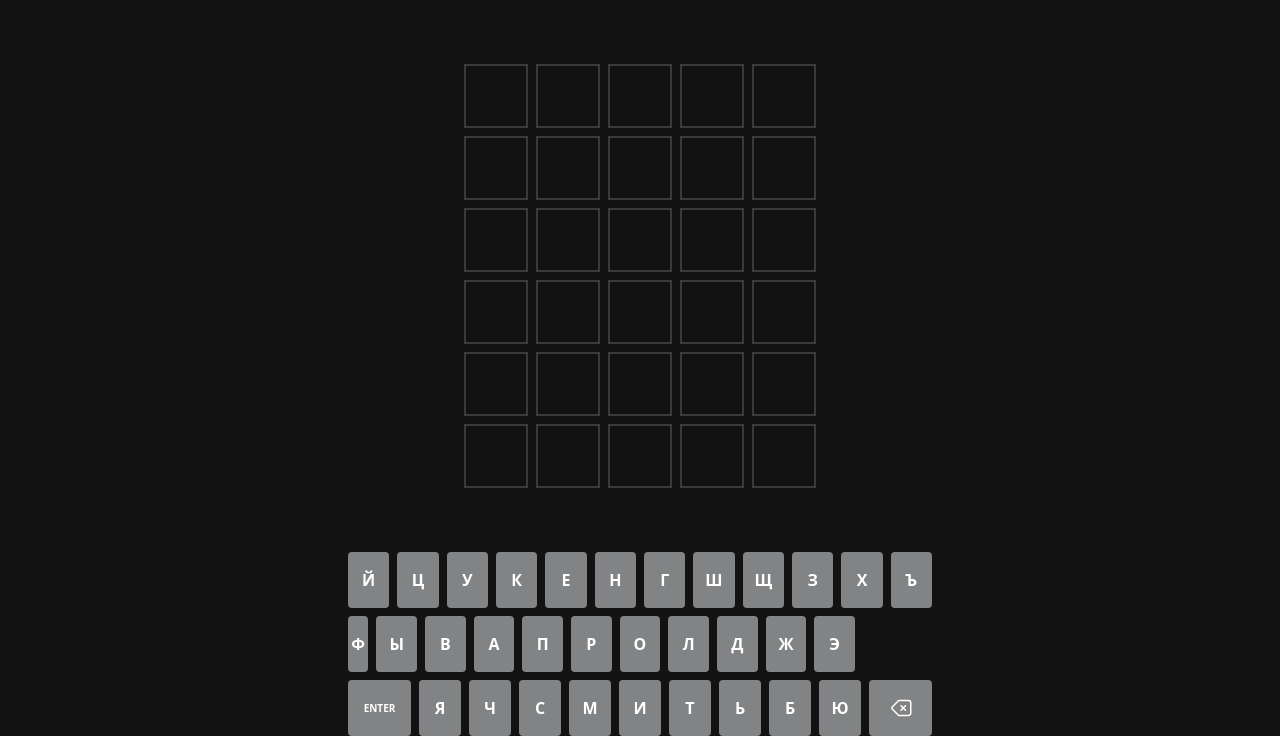
Repository: maxempolk/wordle-app
Page: / (app in frontend/)
These files come from the project's save history. The page is drawn as it stood at one moment and after the next save; the edit follows.
The browser window is 1280 px wide. The pictures show the whole page.
The page's requests for data from a server got no answer. The project was rebuilt for these pictures with package versions that can differ from the ones it lists, and the page was loaded fresh each time. No one was signed in, and anything a server would have sent is missing. Also part of the build but not shown: frontend/vite.config.ts, frontend/src/components/ResultModal.vue.

Above is the page before, as saved 2025-02-24 00:55:23.

### frontend/src/main.ts
import './assets/main.css'
import { createApp } from 'vue'
import { createPinia } from 'pinia'
import App from './App.vue'
import { useRealWordStore } from './stores/realWord'

const app = createApp(App)

app.use(createPinia())

useRealWordStore().fetchWord()

app.mount('#app')

### frontend/src/assets/main.css
@import 'tailwindcss';

body {
  background-color: #121213;
}

### frontend/src/App.vue
<!-- <script setup lang="ts">
import { computed, onMounted, ref, useTemplateRef } from 'vue'
import theLetter from './components/TheLetter.vue'
import theKeyboard from '@/components/TheKeyboard.vue'
import theMessage from './components/TheMessage.vue'
import ResultModal from './components/ResultModal.vue'
import { useRealWordStore } from './stores/realWord'
import { useUsedLettersStore } from './stores/usedLetters'
import { useUserWordStore } from './stores/usrWord'

const realWordStore = useRealWordStore()
const usrWordStore = useUserWordStore()

const words = ref<string[]>([])
const usedLettersStore = useUsedLettersStore()

type letterType = InstanceType<typeof theLetter>
type messageType = InstanceType<typeof theMessage>
const letters = useTemplateRef<letterType[]>('letter')
const messageComp = useTemplateRef<messageType>('messageComp')

const messageValue = ref('')
const isWin = ref(false)


const slotsForCurrentWord = computed(() => {
  return Array.from({ length: 5 }, (_, i) => words.value.length * 5 + i)
})

const getLetter = (index: number) => letters.value?.[index]

const shakeCurrentWord = () => {
  slotsForCurrentWord.value.forEach((slot) => {
    const el = getLetter(slot)
    if (el) el.shakeIt()
  })
}

const enterWord = async () => {
  const currentWord = usrWordStore.word

  if (currentWord.length != 5) {
    showError('Not enough letter')
    shakeCurrentWord()
    return
  }

  const isReal = await isRealWord(currentWord)

  if (!isReal) {
    showError('Not in word list')
    shakeCurrentWord()
    return
  }

  const wordState = wordleAlgh(usrWordStore.word, realWordStore.word || '')
  const currentSlots = slotsForCurrentWord.value
  isWin.value = wordState.every((item) => item === 'placed')

  const animateLetter = (index: number) => {
    const letter = getLetter(currentSlots[index])
    if (letter) {
      letter.completeAnimation(wordState[index])
    }
  }

  currentSlots.forEach((_, index) => {
    setTimeout(() => requestAnimationFrame(() => animateLetter(index)), 300 * index)
  })

  Promise.all([
    wordState.forEach((state, index) => usedLettersStore.addToBuffer(currentWord[index], state)),
    completeWord(),
  ]).then(() => {
    setTimeout(() => usedLettersStore.save(), 300 * 5)
  })
}

const popLetter = () => {
  if (usrWordStore.word.length == 0) {
    showError('Not a single letter')
    shakeCurrentWord()
  } else usrWordStore.popLetter()
}

const rawData = computed(() => {
  return words.value.reduce((word1, word2) => word1 + word2, '') + usrWordStore.word
})

const handleKeydown = (e: KeyboardEvent) => {
  switch (e.key) {
    case 'Enter':
      enterWord()
      break
    case 'Backspace':
      popLetter()
      break
    default:
      usrWordStore.addLetter(e.key)
  }
}

onMounted(() => {
  addEventListener('keydown', handleKeydown)
})
</script> -->

<script setup lang="ts">
import theMessage from './components/TheMessage.vue'
import ResultModal from './components/ResultModal.vue'
import theLetter from './components/TheLetter.vue'
import theKeyboard from './components/TheKeyboard.vue'
import { useUserWordStore } from './stores/usrWord'
import { useGameLogic } from './composables/useGameLogic'
import { onMounted, ref, computed, useTemplateRef } from 'vue'

const usrWordStore = useUserWordStore()
const words = ref([])
const messageValue = ref('')
const messageComp = ref(null)

type letterType = InstanceType<typeof theLetter>
const letters = useTemplateRef<letterType[]>('letter')

const { enterWord, popLetter, stateOfGame } = useGameLogic(words, messageValue, messageComp, letters)

const rawData = computed(() => {
  return words.value.reduce((word1, word2) => word1 + word2, '') + usrWordStore.word
})

const handleKeydown = (e: KeyboardEvent) => {
  switch (e.key) {
    case 'Enter':
      enterWord()
      break
    case 'Backspace':
      popLetter()
      break
    default:
      usrWordStore.addLetter(e.key)
  }
}

onMounted(() => {
  addEventListener('keydown', handleKeydown)
})
</script>

<template>
  <ResultModal :result="words" v-if="stateOfGame !== 'in-game'" />
  <theMessage :model-value="messageValue" ref="messageComp" />
  <div
    class="flex w-screen h-screen justify-between items-center flex-col pt-[15%] pb-[5%] sm:py-[5%]"
  >
    <div class="grid gap-2 grid-cols-5 w-fit">
      <theLetter v-for="i in 30" :key="i" :model-value="rawData[i - 1]" ref="letter" />
    </div>
    <theKeyboard @enterWord="enterWord" @backspace="popLetter" class="sm:mt-16" />
  </div>
</template>

### frontend/src/stores/realWord.ts
import { defineStore } from 'pinia';
import { getWord } from '@/api/getWord';

interface RealWordState {
  word: string | null;
}

export const useRealWordStore = defineStore('realWord', {
  state: (): RealWordState => ({
    word: null,
  }),
  actions: {
    async fetchWord(): Promise<void> {
      this.word = await getWord();
    },
  },
});

export type RealWordStore = ReturnType<typeof useRealWordStore>;

### frontend/src/components/TheMessage.vue
<script setup lang="ts">
import { ref } from 'vue'

defineProps<{
  modelValue: string
}>()

const isAnimated = ref(false)
const isVanishing = ref(false)
const isHidden = ref(true)

const vanishIt = () => {
  isVanishing.value = true

  setTimeout(() => {
    isHidden.value = true
    isVanishing.value = false
  }, 990)
}

const animateIt = () => {
  if (isAnimated.value) return

  isHidden.value = false
  isAnimated.value = true

  setTimeout(() => {
    isAnimated.value = false
    vanishIt()
  }, 1500)
}

defineExpose({ animateIt, isHidden })
</script>

<template>
  <div class="fixed flex w-screen justify-center top-5 z-[999]">
    <div
      class="bg-white rounded-md text-black text-md py-2 px-4 select-none"
      :class="{ drive: isAnimated, vanish: isVanishing, hidden: isHidden }"
    >
      {{ modelValue }}
    </div>
  </div>
</template>

<style scoped>
@keyframes driveAnimation {
  0% {
    transform: translateY(-100px);
  }
  100% {
    transform: translateY(0);
  }
}

@keyframes vanishAnimation {
  0% {
    opacity: 1;
  }
  100% {
    opacity: 0;
  }
}

.vanish {
  animation: 1s vanishAnimation linear;
}

.drive {
  animation: 0.5s driveAnimation ease-out;
}
</style>

### frontend/src/components/TheLetter.vue
<script setup lang="ts">
import { computed, ref, watch } from 'vue'
import { type State } from '@/types/state'
import { stateToColor } from '@/utils/stateToColor'

const props = defineProps<{
  modelValue?: string
}>()

const isRotated = ref(false)
const isScaled = ref(false)
const isShaked = ref(false)
const colors = ref<string[]>([])

const scaleAnimation = () => {
  isScaled.value = true

  setTimeout(() => {
    isScaled.value = false
  }, 150)
}

const shakeIt = () => {
  if (isShaked.value) return
  isShaked.value = true

  setTimeout(() => {
    isShaked.value = false
  }, 1000)
}

const completeAnimation = (state: State) => {
  isRotated.value = true

  setTimeout(() => {
    colors.value = stateToColor(state)
  }, 150)
}

const borderDefaultColor = computed(() => {
  if (isRotated.value) return ''
  if (props.modelValue == undefined) if (props.modelValue === undefined) return 'border-[#3A3A3C]'
  return 'border-[#565758]'
})

watch(
  () => props.modelValue,
  () => {
    scaleAnimation()
  },
)

defineExpose({ completeAnimation, shakeIt })
</script>

<template>
  <div
    class="w-14 h-14 md:w-16 md:h-16 border-2 text-white flex justify-center items-center text-3xl uppercase duration-150"
    :class="[
      ...colors,
      borderDefaultColor,
      { rotateAnimation: isRotated },
      { 'scale-110': isScaled },
      { shakeAnimation: isShaked },
    ]"
    ref="block"
  >
    {{ modelValue }}
  </div>
</template>

<style scoped>
@keyframes rotateAnimationKeyFrames {
  0% {
    transform: scaleY(1);
  }
  50% {
    transform: scaleY(0);
  }
  100% {
    transform: scaleY(1);
  }
}

@keyframes shake {
  0%,
  100% {
    transform: translateX(0);
  }
  10% {
    transform: translateX(-20px);
  }
  20% {
    transform: translateX(15px);
  }
  30% {
    transform: translateX(-10px);
  }
  40% {
    transform: translateX(5px);
  }
  50% {
    transform: translateX(-2px);
  }
  60% {
    transform: translateX(1px);
  }
  70% {
    transform: translateX(0);
  }
}

.rotateAnimation {
  animation: rotateAnimationKeyFrames 0.3s linear;
}

.shakeAnimation {
  animation: shake 0.6s linear;
}
</style>

### frontend/src/components/TheKeyboard.vue
<script setup lang="ts">
import TheKeyboardLetter from './TheKeyboardLetter.vue'
import TheBackspaceKey from './TheBackspaceKey.vue'
import { useUserWordStore } from '@/stores/usrWord'

const alph1 = 'ЙЦУКЕНГШЩЗХЪ'
const alph2 = 'ФЫВАПРОЛДЖЭ'
const alph3 = 'ЯЧСМИТЬБЮ'

const emit = defineEmits(['enterWord', 'backspace'])

const userWordStore = useUserWordStore()

const keyPress = (char: string) => {
  userWordStore.addLetter(char)
}
</script>

<template>
  <div class="grid gap-1 sm:gap-2 w-full sm:w-150 px-2">
    <div class="row top-row gap-1 sm:gap-2">
      <TheKeyboardLetter
        :model-value="char"
        v-for="char in alph1"
        :key="'letter-' + char"
        @click="keyPress(char)"
      />
    </div>

    <div class="row middle-row gap-1 sm:gap-2">
      <TheKeyboardLetter
        :model-value="char"
        v-for="char in alph2"
        :key="'letter-' + char"
        @click="keyPress(char)"
      />
    </div>

    <div class="row bottom-row gap-1 sm:gap-2">
      <TheKeyboardLetter :model-value="'Enter'" @click="emit('enterWord')" class="text-[10px]" />
      <TheKeyboardLetter
        v-for="char in alph3"
        :key="'letter-' + char"
        :model-value="char"
        @click="keyPress(char)"
      />
      <theBackspaceKey @click="emit('backspace')" />
    </div>
  </div>
</template>

<style scoped>
.row {
  display: grid;
}

.top-row {
  grid-template-columns: repeat(12, 1fr);
}

.middle-row {
  grid-template-columns: 0.5fr repeat(11, 1fr) 0.5fr;
}

.bottom-row {
  grid-template-columns: 1.5fr repeat(9, 1fr) 1.5fr;
}
</style>

### frontend/src/stores/usrWord.ts
import { defineStore } from 'pinia'
import { isLetter } from '../utils/letter'

export const useUserWordStore = defineStore('userWord', {
  state: () => ({
    word: '',
  }),
  getters: {},
  actions: {
    popLetter() {
      this.word = this.word.slice(0, -1)
    },
    addLetter(letter: string) {
      if (isLetter(letter) && this.word.length < 5) this.word += letter
    },
    clear() {
      this.word = ''
    },
  },
})

### frontend/src/composables/useGameLogic.ts
import { isRealWord } from '@/api/isRealWord'
import type theMessage from '@/components/TheMessage.vue'
import type theLetter from '@/components/TheLetter.vue'
import { useRealWordStore } from '@/stores/realWord'
import { useUsedLettersStore } from '@/stores/usedLetters'
import { useUserWordStore } from '@/stores/usrWord'
import { wordleAlgh } from '@/utils/wordle'
import { computed, ref, type Ref } from 'vue'
import { useAnimations } from './useAnimations';
import { type gameState } from '@/types/gameState'

type messageType = InstanceType<typeof theMessage>
type letterType = InstanceType<typeof theLetter>

export function useGameLogic(
  words: Ref<string[]>,
  messageValue: Ref<string>,
  messageComp: Ref<messageType | null>,
  letters: Ref<letterType[] | null>
) {
  const usrWordStore = useUserWordStore()
  const realWordStore = useRealWordStore()
  const usedLettersStore = useUsedLettersStore()
  const stateOfGame = ref<gameState>('in-game')

  const { shakeCurrentWord, completeWord } = useAnimations(letters);

  const slotsForCurrentWord = computed(() => {
    return Array.from({ length: 5 }, (_, i) => words.value.length * 5 + i)
  })

  const popLetter = () => {
    if (usrWordStore.word.length == 0) {
      showError('Not a single letter')
      shakeCurrentWord(slotsForCurrentWord.value)
    } else usrWordStore.popLetter()
  }

  const showError = (message: string) => {
    if (messageComp.value?.isHidden) {
      messageComp.value.animateIt()
      messageValue.value = message
    }
  }

  const enterWord = async () => {
    const isReal = await isRealWord(usrWordStore.word)
    if (!isReal) {
      showError('Not in word list')
      shakeCurrentWord( slotsForCurrentWord.value )
      return
    }
    if (usrWordStore.word.length !== 5) {
      showError('Not enough letter')
      shakeCurrentWord( slotsForCurrentWord.value )
      return
    }

    const wordState = wordleAlgh(usrWordStore.word, realWordStore.word || '')

    if(wordState.every((item) => item === 'placed'))  'win'
    if(words.value.length == 6) return 'lose'

    wordState.forEach((state, index) => {
      usedLettersStore.addToBuffer(usrWordStore.word[index], state)
    })

    setTimeout(() => usedLettersStore.save(), 1500)

    completeWord(slotsForCurrentWord.value, wordState)

    words.value.push(usrWordStore.word)
    usrWordStore.clear()
  }

  return { enterWord, popLetter, stateOfGame }
}

### frontend/src/api/getWord.ts
// import { AxiosError } from 'axios';
import { api } from './index'
import { AxiosError } from 'axios';

interface WordResponse {
  word: string;
}

export async function getWord(): Promise<string | null> {
  try {
    const response = await api.get<WordResponse>('/word');
    return response.data.word;
  } catch (error) {
    if (error instanceof AxiosError) {
      console.error('API error:', error.message);
      if (error.response?.status === 404) {
        console.error('Word not found');
      }
    } else {
      console.error('Unexpected error:', error);
    }
    return null;
  }
}

### frontend/src/utils/stateToColor.ts
import { type State } from "@/types/state"

export const stateToColor = (state: State) => {
  if (state == 'placed') return ['bg-[#548D4F]', 'border-[#548D4F]']
  else if (state == 'in-word') return ['bg-[#B69F3B]', 'border-[#B69F3B]']
  return ['bg-[#3A3A3C]', 'border-[#3A3A3C]']
  // else if (state == 'wrong') return 'bg-[#3A3A3C]'
}

### frontend/src/components/TheKeyboardLetter.vue
<script setup lang="ts">
import { type State } from '@/types/state'
import { useUsedLettersStore } from '@/stores/usedLetters'
import { computed, ref } from 'vue'

const usedLettersStore = useUsedLettersStore()
const isScaled = ref(false)

const props = defineProps<{
  modelValue: string
}>()

const stateToBackground = (state: State | 'empty') => {
  if (state == 'placed') return 'bg-[#548D4F]'
  else if (state == 'in-word') return 'bg-[#B69F3B]'
  else if (state == 'wrong') return 'bg-[#3A3A3C]'
  return 'bg-[#818384]'
}

const state = computed(() => {
  const obj = usedLettersStore.letters.find((item) => {
    return item.letter.toLowerCase() === props.modelValue.toLowerCase()
  })
  if (obj === undefined) return 'empty'
  return obj.state
})

const scaleAnimation = () => {
  isScaled.value = true

  setTimeout(() => {
    isScaled.value = false
  }, 100)
}
</script>

<template>
  <button
    class="flex-1 h-12 sm:h-14 rounded-sm flex justify-center items-center uppercase text-white font-bold cursor-pointer select-none keyboardLetterButton duration-100"
    :class="[stateToBackground(state), { 'scale-110': isScaled }]"
    @click="scaleAnimation"
  >
    {{ modelValue }}
  </button>
</template>

### frontend/src/components/TheBackspaceKey.vue
<script setup lang="ts">
import { ref } from 'vue'

const isScaled = ref(false)

const scaleAnimation = () => {
  if (isScaled.value) return
  isScaled.value = true

  setTimeout(() => {
    isScaled.value = false
  }, 100)
}
</script>

<template>
  <div
    class="flex-1 h-12 sm:h-14 rounded-sm flex justify-center items-center uppercase text-white font-bold cursor-pointer select-none bg-[#818384] duration-100"
    :class="{ 'scale-110': isScaled }"
    @click="scaleAnimation"
  >
    <svg
      xmlns="http://www.w3.org/2000/svg"
      fill="none"
      viewBox="0 0 24 24"
      stroke-width="1.5"
      stroke="currentColor"
      class="size-6"
    >
      <path
        stroke-linecap="round"
        stroke-linejoin="round"
        d="M12 9.75 14.25 12m0 0 2.25 2.25M14.25 12l2.25-2.25M14.25 12 12 14.25m-2.58 4.92-6.374-6.375a1.125 1.125 0 0 1 0-1.59L9.42 4.83c.21-.211.497-.33.795-.33H19.5a2.25 2.25 0 0 1 2.25 2.25v10.5a2.25 2.25 0 0 1-2.25 2.25h-9.284c-.298 0-.585-.119-.795-.33Z"
      />
    </svg>
  </div>
</template>

### frontend/src/utils/letter.ts
export function isLetter(char: string): boolean {
  return char.length == 1 && /[а-яА-Я]/.test(char)
}

### frontend/src/api/isRealWord.ts
// import { AxiosError } from 'axios';
import { api } from './index'
import { AxiosError } from 'axios'

interface isRealResponse {
  isReal: boolean
}

export async function isRealWord(word: string): Promise<boolean> {
  try {
    const response = await api.get<isRealResponse>('/isReal', {
      params: {
        word: word,
      },
    })
    return response.data.isReal
  } catch (error) {
    if (error instanceof AxiosError) {
      console.error('API error:', error.message)
      if (error.response?.status === 404) {
        console.error('Word not found')
      }
    } else {
      console.error('Unexpected error:', error)
    }
    return false
  }
}

### frontend/src/stores/usedLetters.ts
import { defineStore } from 'pinia'
import { type KeyboardLetter } from '@/types/keyboardLetters'
import type { State } from '@/types/state'

export const useUsedLettersStore = defineStore('usedLetters', {
  state: () => ({
    used: [] as KeyboardLetter[],
    buffer: [] as KeyboardLetter[],
  }),
  getters: {
    letters: (state) => state.used,
  },
  actions: {
    add(letter: string, state: State) {
      this.used.push({ letter: letter, state: state })
    },
    addToBuffer(letter: string, state: State) {
      this.buffer.push({ letter: letter, state: state })
    },
    save() {
      this.used = this.used.concat(this.buffer)
    },
  },
})

### frontend/src/utils/wordle.ts
import type { State } from '@/types/state'

export function wordleAlgh(guess: string, secretWord: string): State[] {
  guess = guess.toLowerCase()
  secretWord = secretWord.toLowerCase()

  if (guess.length !== secretWord.length) {
    throw new Error('Words must be of the same length')
  }

  const result: State[] = Array(guess.length).fill('wrong')
  const secretWordCount: { [key: string]: number } = {}

  for (const char of secretWord) {
    secretWordCount[char] = (secretWordCount[char] || 0) + 1
  }

  for (let i = 0; i < guess.length; i++) {
    if (guess[i] === secretWord[i]) {
      result[i] = 'placed'
      secretWordCount[guess[i]]--
    }
  }

  for (let i = 0; i < guess.length; i++) {
    if (result[i] === 'wrong' && secretWordCount[guess[i]] > 0) {
      result[i] = 'in-word'
      secretWordCount[guess[i]]--
    }
  }

  return result
}

### frontend/src/composables/useAnimations.ts
import theLetter from "@/components/TheLetter.vue"
import type { State } from "@/types/state";
import type { Ref } from "vue";

type letterType = InstanceType<typeof theLetter>

export function useAnimations(letters: Ref<letterType[] | null>) {
  const getLetter = (slot: number) => letters.value?.[slot];

  const shakeCurrentWord = (slots: number[]) => {
    slots.forEach((slot) => {
      const el = getLetter(slot);
      if (el) el.shakeIt();
    });
  };

  const completeWord = (slots: number[], states: State[]) => {
    slots.forEach((slot, index) => {
      setTimeout(() => requestAnimationFrame(() => letters.value?.[slot].completeAnimation(states[index])), 300 * index)
    })
  }


  return { shakeCurrentWord, completeWord };
}

### frontend/src/api/index.ts
import axios from "axios";

// TODO: сделать проверку на существование VITE_APP_API_URL если что вывести заметную ошибку
export const api = axios.create({
  baseURL: import.meta.env.VITE_APP_API_URL,
  timeout: 5000,
  headers: {
    'Content-Type': 'application/json',
  },
});

Loaded but not shown: frontend/index.html (common file)

After the next save:
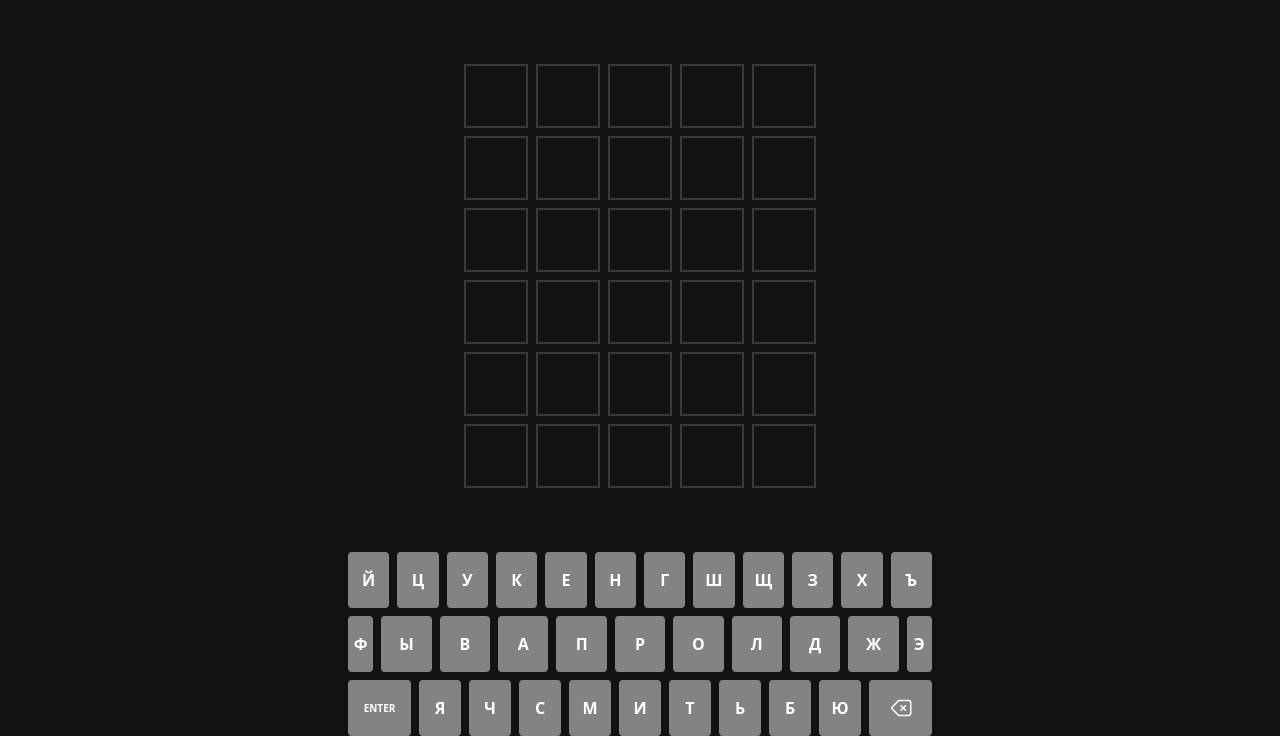
Saved 50 s later.
--- a/frontend/src/components/TheKeyboard.vue
+++ b/frontend/src/components/TheKeyboard.vue
@@ -59,7 +59,7 @@ const keyPress = (char: string) => {
 }
 
 .middle-row {
-  grid-template-columns: 0.5fr repeat(11, 1fr) 0.5fr;
+  grid-template-columns: 0.5fr repeat(9, 1fr) 0.5fr;
 }
 
 .bottom-row {
